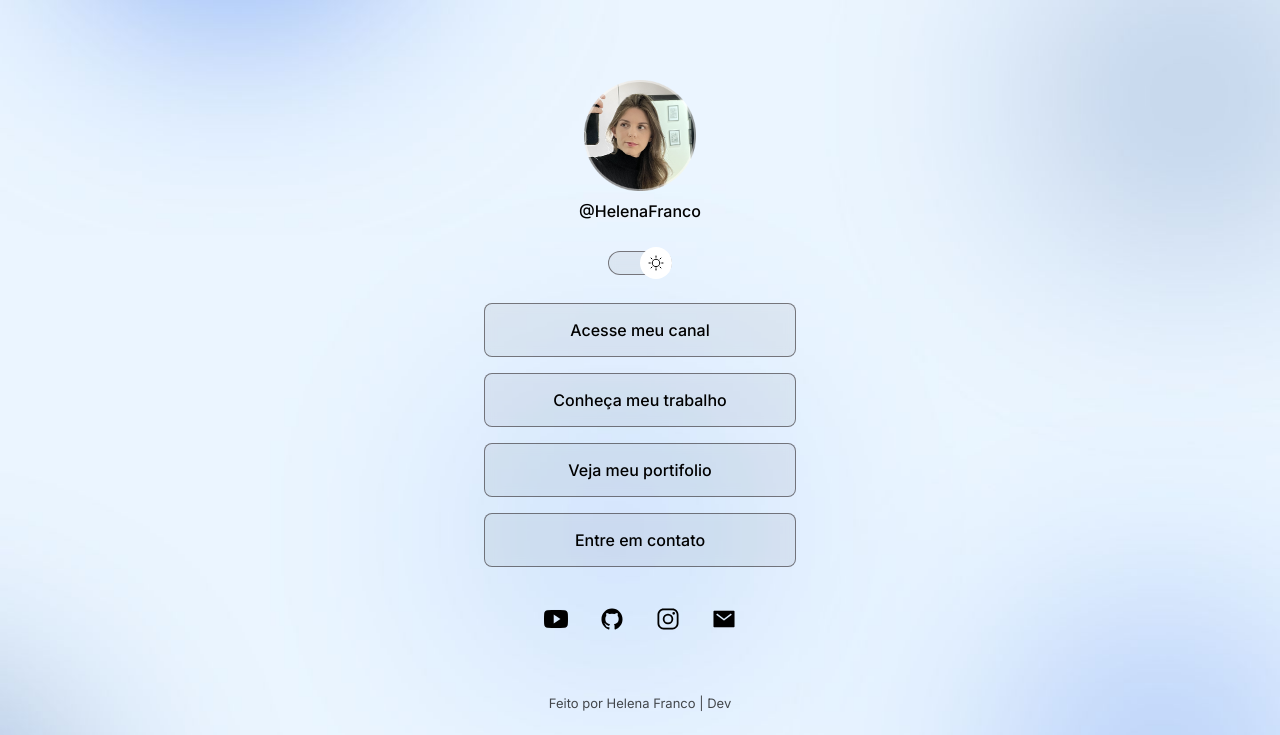
Repository: Fr4nc021/Pagina-de-links-
Page: index.html
These files come from the project's save history. The page is drawn as it stood at one moment and after the next save; the edit follows.
The browser window is 1280 px wide. The pictures show the whole page.
The pointer rests on the first visible `#switch button`.

Above is the page before, as saved 2025-02-19 19:56:49.

### index.html
<!DOCTYPE html>
<html lang="pt-br" class="light">
    <head>
    <link rel="preconnect" href="https://fonts.googleapis.com" />
    <link rel="preconnect" href="https://fonts.gstatic.com" crossorigin
    />
    <link
    href="https://fonts.googleapis.com/css2?family=Inter:ital,opsz,wght@0,14..32,100..900;1,14..32,100..900&display=swap" rel="stylesheet"
    />
    <meta charset="UTF-8" />
    <meta http-equiv="X-UA-Compatible" content="IE=edge" />
    <meta name="viewport" content="width=device-width, initial-scale=1.0" />
    <title>DevLinks</title>
    <link rel="stylesheet" href="style.css" />
</head>
<body>
    <div id="container">
    <div id="profile">
    <img
        src="./assets/avatar.png"
        alt="Foto da Helena Franco sorrindo">
        <p>@HelenaFranco</p>
    </div>
    <div id="switch" onclick="toggleMode()">
        <button></button>
        <span></span>
    </div>

    <div>
        <ul>
            <li>
                <a href="https://www.youtube.com/@FR4NC021" target="_blank">Acesse meu canal</a>
            </li>
            <li>
                <a href="https://github.com/Fr4nc021" target="_blank">Conheça meu trabalho</a>
            </li>
            <li>
                <a href="https://github.com/Fr4nc021" target="_blank">Veja meu portifolio</a>
            </li>
            <li>
                <a href="https://w.app/hibmft" target="_blank">Entre em contato</a>
            </li>
        </ul>
    </div>
        <div id="social-links">
            <a href="https://www.youtube.com/@FR4NC021" target="_blank">
            <ion-icon name="logo-youtube"></ion-icon></a>

            <a href="https://github.com/Fr4nc021" target="_blank">
            <ion-icon name="logo-github"></ion-icon></a>

            <a href="https://www.instagram.com/h.franco__/" target="_blank">
            <ion-icon name="logo-instagram"></ion-icon></a>

            <a href="https://w.app/doczx7" target="_blank">
            <ion-icon name="mail-sharp"></ion-icon></a>
        </div>

        <footer>
            Feito por Helena Franco | Dev
        </footer>
    </div>
    <script
    type="module"
    src="https://unpkg.com/ionicons@7.1.0/dist/ionicons/ionicons.esm.js" ></script>
<script
nomodule
src = "https://unpkg.com/ionicons@7.1.0/dist/ionicons/ionicons.js" ></script>

<script src="script.js"></script>

</body>
</html>

### style.css
* {
    margin: 0%;
    padding: 0%;
    box-sizing: border-box;
}

:root {
    --text-color: white;
    --bg-light-desktop: url(./assets/bg-desktop.jpg);
    --bg-light-mobile: url(./assets/bg-mobile.jpg);
    --stroke-color: rgba(255, 255, 255, 0.5);
    --surface-color: rgba(255, 255, 255, 0.1);
    --surface-color-hover: rgba(0, 0, 0, 0.02);
    --highlight-color: rgba(255, 255, 255, 0.2);
    --switch-bg-url: url(./assets/moon-stars.svg);
}

.light {
    --text-color: black;
    --bg-light-desktop: url(./assets/bg-desktop-light.jpg);
    --bg-light-mobile: url(./assets/bg-mobile-light.jpg);
    --stroke-color: rgba(15, 5, 5, 0.5);
    --surface-color: rgba(0, 0, 0, 0.05);
    --surface-color-hover: rgba(0, 0, 0, 0.02);
    --highlight-color: rgba(0, 0, 0, 0.1);
    --switch-bg-url: url(./assets/sun.svg);


}

body {
background: var(--bg-light-desktop) no-repeat top center/cover;

color: var(--text-color);
}

body * {
        font-family: "Inter", sans-serif;
        color: var(--text-color);
    }

    .dark-mode {
        background-image: var(--bg-dark-desktop);
    }

    /* Para telas menores (mobile) */
    @media screen and (max-width: 768px) {
        body {
            background-image: var(--bg-light-mobile);
        }
        .dark-mode {
            background-image: var(--bg-dark-mobile);
        }
    }

#container {
    width: 360px;
    margin: 56px auto 0px;
    padding: 0 24px;
}

#profile img {
    width: 112px;
    display: block;
    margin: auto;

}

#profile {
    text-align: center;
    padding: 24px;
}

#profile p {
    font-weight: 500;
    line-height: 24px;
    margin-top: 8px;
}

#switch {
    position: relative; /* põe o elemento dentro de outro */
    width: 64px;

    margin: 4px auto;
}

#switch button {
    width: 32px;
    height: 32px;
    background: white var(--switch-bg-url) no-repeat center;
    border: 0;
    border-radius: 50%;

    position: absolute;
    top: 50%;
    left: 0;
    z-index: 1;
    transform: translateY(-50%);

    animation: slide-out 0.4s forwards;
}

.light #switch button {
    animation: slide-in 0.4s forwards;
}

#switch span {
    display: block;
    width: 64px;
    height: 24px;
    background: var(--surface-color);
    border: 1px solid var(--stroke-color);
    backdrop-filter: blur(4px);
    -webkit-backdrop-filter: blur(4px);
    border-radius: 9999px;
}

/* Links */

ul{
    list-style: none;
    display: flex;
    flex-direction: column;
    gap: 16px;

    padding: 24px 0;
}

ul li a {

        display: flex;
        align-items: center;
        justify-content: center;

        padding: 16px 24px;

        background: var(--surface-color);
        border: 1px solid var(--stroke-color);
        border-radius: 8px;

        -webkit-backdrop-filter: blur(4px);
        backdrop-filter: blur(4px);

        text-decoration: none;
        font-weight: 500;

        transition: background 0.2s;
    }

    /* pseudo-selector */

    ul li a:hover {
        background: var(--surface-color-hover);
        border: 1.5px solid var(--text-color);
    }

    #social-links {
        display: flex;
        justify-content: center;

        margin-top: 24px 0;

        font-size:24px;
    }

    #social-links a {
        display: flex;
        align-items: center;
        justify-content: center;
        padding: 16px;

        transition: 0.2s;
        border-radius: 50%;
    }


    #social-links a:hover {
        background:--var(--highlight-color);
    }

    footer {
        padding: 24px;
        text-align: center;
        margin-top: 24px;
        font-size: small;
        opacity: 0.7;
    }

    @keyframes slide-in {
       from{
        left: 0%;
       }
         to{
            left: 50%;
         }
    }

    @keyframes slide-out {
        from{
            left: 50%;
        }
        to{
            left: 0%;
        }
    }

### script.js
function toggleMode() {
    const html = document.documentElement
    html.classList.toggle('light');

    //if (html.classList.contains('light')) {
        //html.classList.remove('light');
        //} else {
            //html.classList.add('light');}


        }

### assets/sun.svg
<svg width="16" height="16" viewBox="0 0 16 16" fill="none" xmlns="http://www.w3.org/2000/svg">
<path d="M8 11.75C10.0711 11.75 11.75 10.0711 11.75 8C11.75 5.92893 10.0711 4.25 8 4.25C5.92893 4.25 4.25 5.92893 4.25 8C4.25 10.0711 5.92893 11.75 8 11.75Z" stroke="black" stroke-linecap="round" stroke-linejoin="round"/>
<path d="M8 2.25V1" stroke="black" stroke-linecap="round" stroke-linejoin="round"/>
<path d="M3.9313 3.9313L3.05005 3.05005" stroke="black" stroke-linecap="round" stroke-linejoin="round"/>
<path d="M2.25 8H1" stroke="black" stroke-linecap="round" stroke-linejoin="round"/>
<path d="M3.9313 12.0687L3.05005 12.95" stroke="black" stroke-linecap="round" stroke-linejoin="round"/>
<path d="M8 13.75V15" stroke="black" stroke-linecap="round" stroke-linejoin="round"/>
<path d="M12.0686 12.0687L12.9499 12.95" stroke="black" stroke-linecap="round" stroke-linejoin="round"/>
<path d="M13.75 8H15" stroke="black" stroke-linecap="round" stroke-linejoin="round"/>
<path d="M12.0686 3.9313L12.9499 3.05005" stroke="black" stroke-linecap="round" stroke-linejoin="round"/>
</svg>

After the next save:
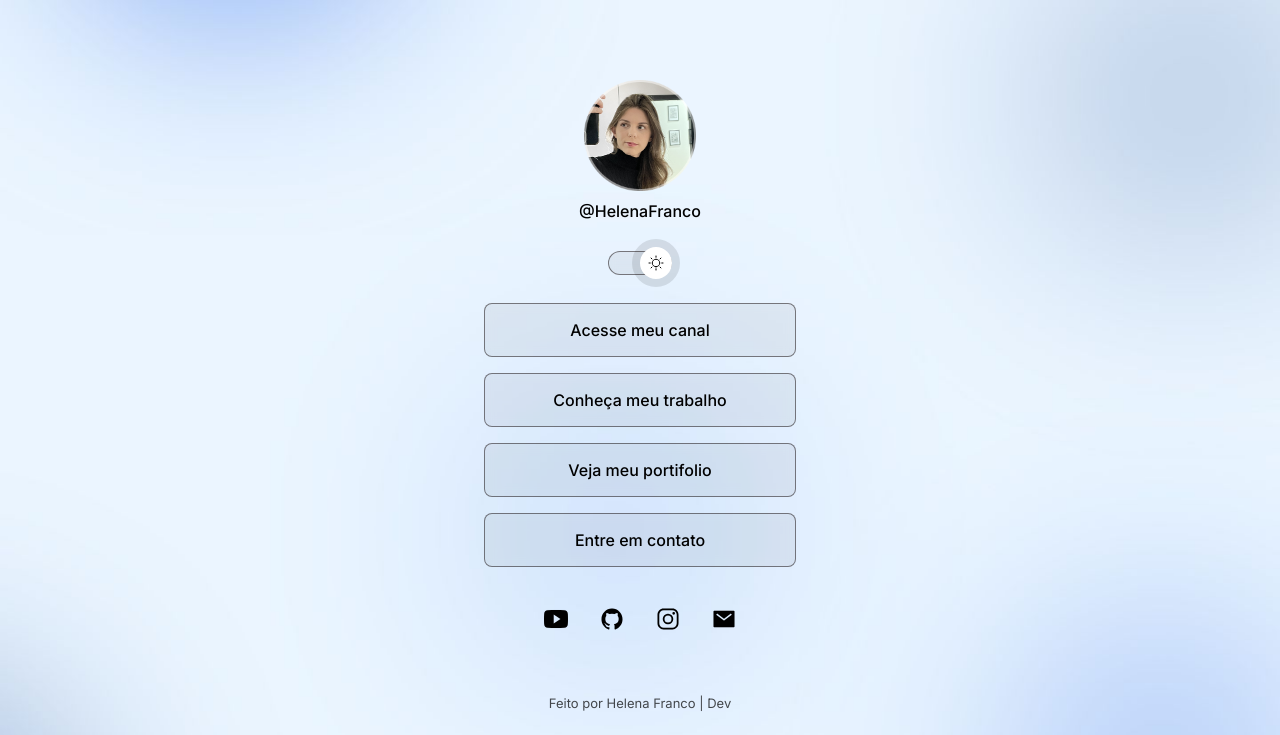
Saved 4 min 2 s later.
--- a/style.css
+++ b/style.css
@@ -104,6 +104,10 @@ body * {
     animation: slide-in 0.4s forwards;
 }
 
+#switch button:hover {
+    outline: 8px solid var(--highlight-color);
+}
+
 #switch span {
     display: block;
     width: 64px;
